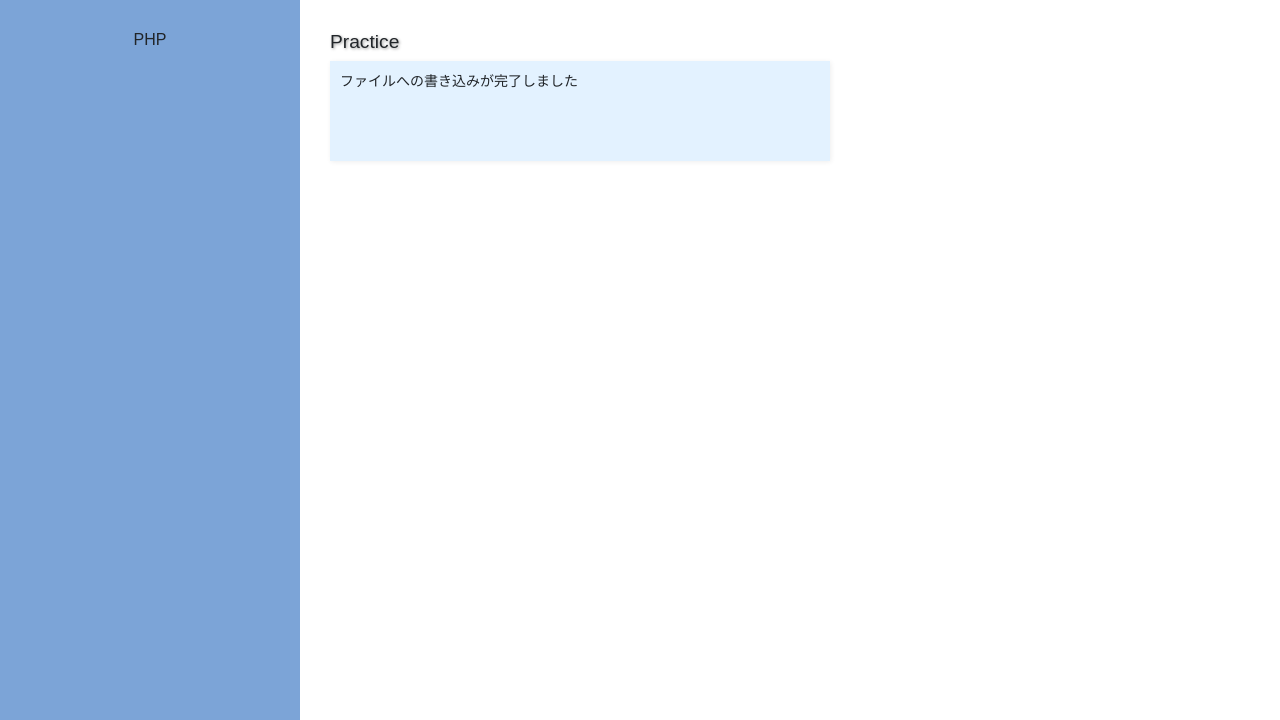
Repository: takeco/practice
Page: http://localhost/php/sample13.php
An editor plug-in stored every save of this project. The page is shown before and after the next save, followed by the edit.
The browser window is 1280 px wide. The pictures show the whole page.
The page is run by PHP 8.4 with error messages shown; the project is at /var/www/html/.

Above is the page before, as saved 2020-09-26 09:11:11.

After the next save:
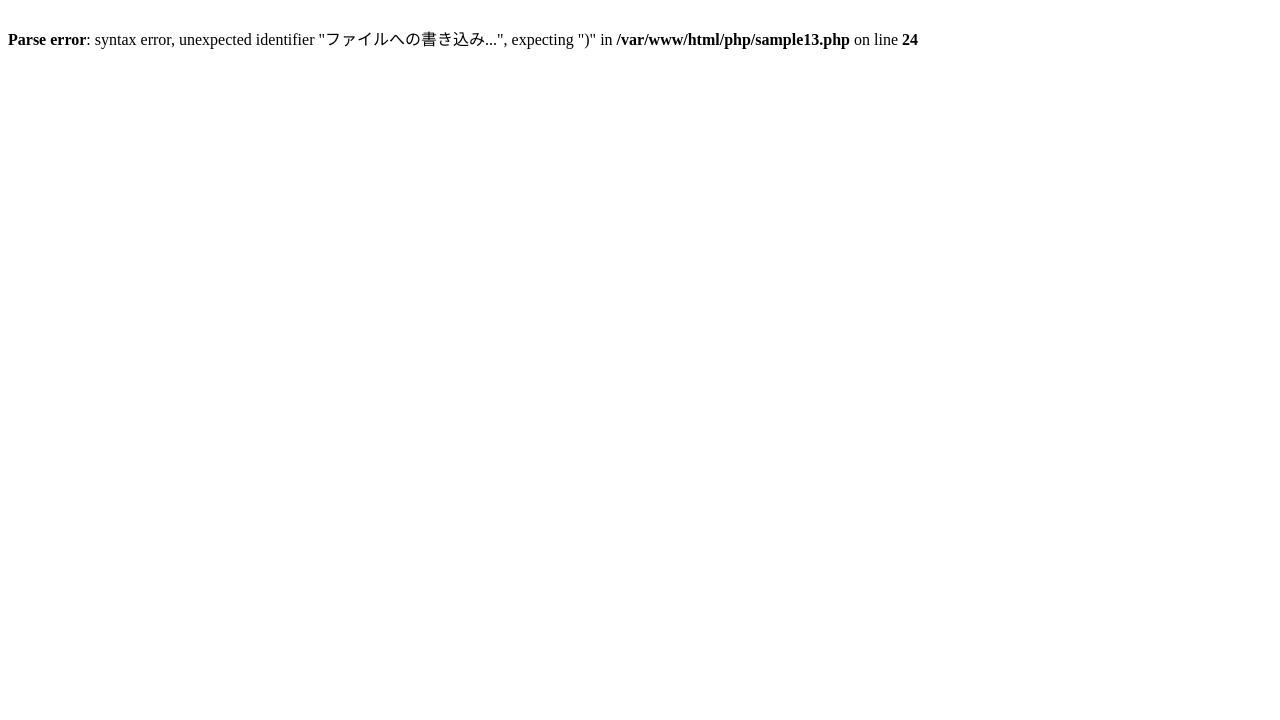
Saved 16 s later.
--- a/php/sample13.php
+++ b/php/sample13.php
@@ -19,7 +19,7 @@
 <h2>Practice</h2>
 <pre>
 <?php
-$success = file_put_contents('../news_data/news.txt', '2018-06-01 ホームページをリニューアルしました');
+$success = file_put_contents('../news_data/news.txt);
 if ($success) {
     print('ファイルへの書き込みが完了しました');
 } else {
